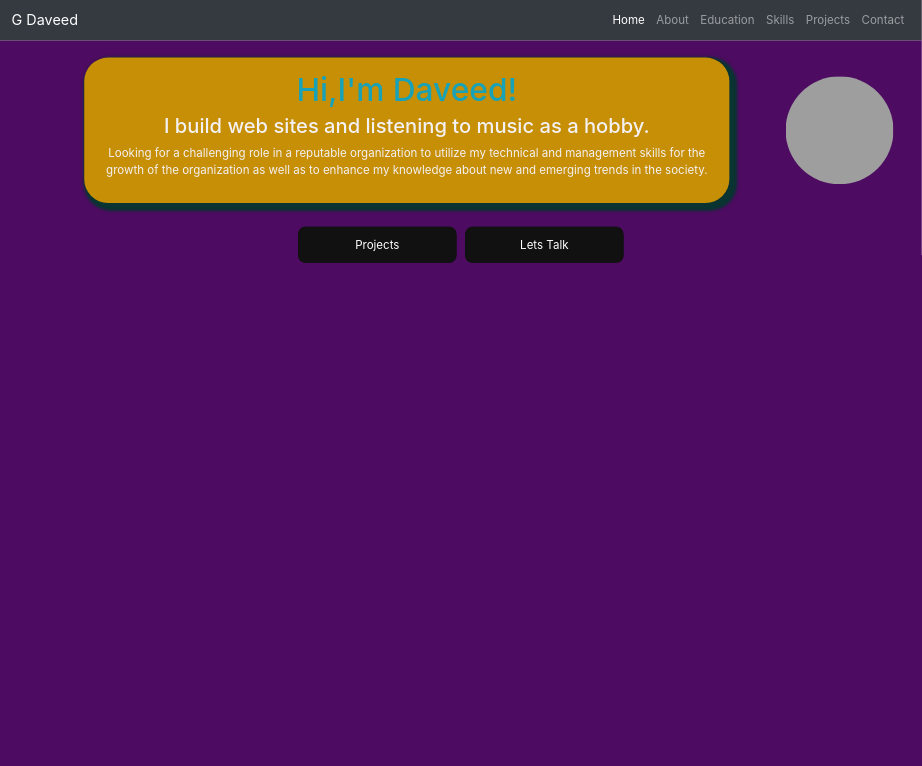
Repository: DaveedGangi/DaveedWebsite
Page: one.html
The author's editor kept a copy of each file at every save. The page is drawn from the files as they stood at one save, then again after the next save.
The browser window is 1280 px wide. The pictures show the whole page, at 72% of full size.
Pictures or frames that could not be fetched are drawn as grey boxes.

Above is the page before, as saved 2023-10-23 13:57:19.

### one.html
<html>
    <head>
    <link rel="stylesheet" href="two.css"></link>
    <link rel="stylesheet" href="https://cdn.jsdelivr.net/npm/bootstrap@4.5.3/dist/css/bootstrap.min.css" integrity="sha384-TX8t27EcRE3e/ihU7zmQxVncDAy5uIKz4rEkgIXeMed4M0jlfIDPvg6uqKI2xXr2" crossorigin="anonymous">
    <script src="https://code.jquery.com/jquery-3.5.1.slim.min.js" integrity="sha384-DfXdz2htPH0lsSSs5nCTpuj/zy4C+OGpamoFVy38MVBnE+IbbVYUew+OrCXaRkfj" crossorigin="anonymous"></script>
    <script src="https://cdn.jsdelivr.net/npm/bootstrap@4.5.3/dist/js/bootstrap.bundle.min.js" integrity="sha384-ho+j7jyWK8fNQe+A12Hb8AhRq26LrZ/JpcUGGOn+Y7RsweNrtN/tE3MoK7ZeZDyx" crossorigin="anonymous"></script>



</head>

<body>

    <nav class="navbar navbar-expand-lg navbar-dark bg-dark">
        <a class="navbar-brand" href="#">G Daveed</a>
        <button class="navbar-toggler" type="button" data-toggle="collapse" data-target="#navbarNavAltMarkup" aria-controls="navbarNavAltMarkup" aria-expanded="false" aria-label="Toggle navigation">
          <span class="navbar-toggler-icon"></span>
        </button>
        <div class="collapse navbar-collapse" id="navbarNavAltMarkup">
          <div class="navbar-nav ml-auto">
            <a class="nav-link active" href="#">Home <span class="sr-only">(current)</span></a>

            <a class="nav-link" href="#">About</a>
            <a class="nav-link" href="#">Education</a>
            <a class="nav-link" href="#">Skills</a>
            <a class="nav-link" href="#">Projects</a>
            <a class="nav-link" href="#">Contact</a>

          </div>
        </div>
      </nav>

   <div class="bgcontainer">
      <div class="mystory">
        <div>
          <img class="image1" src="https://i.ibb.co/T4YX7Jh/IMG-20221229-170952.jpg">
        </div>
        <div class="card1">
        <h1 class="hi text-info">Hi,I'm Daveed!</h1>
        <h3 class="paragraph">I build web sites and listening to music as a hobby.</h3>

        <p>Looking for a challenging role in a reputable organization to utilize my technical and management  skills for the growth of the organization as well as to enhance my knowledge about new and emerging trends in  the society. </p>

      </div>
      <div>
        <img class="image2" src="https://i.ibb.co/T4YX7Jh/IMG-20221229-170952.jpg">
      </div>

    </div>

    <div class="buttons">
    <button onclick="display('sectionProjects')"class="btn1 glow-on-hover">Projects</button>
    <button class="glow-on-hover">Lets Talk</button>
    </div>

  </div>




<div id="sectionProjects">
<div class="projects">

</div>
</div>




  <script type="text/javascript" src="https://d1tgh8fmlzexmh.cloudfront.net/ccbp-static-website/js/ccbp-ui-kit.js"></script>

</body>
</html>

### two.css
.bgcontainer {
    height:140vh;
    background-size:cover;
    background-color:rgb(77, 11, 97);

}
.mystory{
    color:rgb(244, 241, 245);
    display: flex;
    flex-direction:column;
    justify-content: center;
    padding-top:24px;
    justify-content:space-around;
    align-items: center;

}
.image1{
    height:150px;
    width:150px;
    border-radius:100px;
    margin:33px;
    border-color: #0a2608;
    box-shadow:2px 0px 5px 5px  #0c0c04;

}
.image2{
    height:150px;
    width:150px;
    border-radius:100px;
    display: none;

}
.card1{

    width:70vw;
    background-color:rgb(198, 143, 5);
    border-radius: 33px;
    display: flex;
    padding:18px;
    flex-direction: column;
    text-align: center;
    align-items:center;
    box-shadow:5px 5px 4px 6px rgb(9, 52, 49);
}
.buttons{
    display: flex;
    flex-direction: row;
    justify-content: center;
    margin-top:33px;

}
.btn1{
    margin-right:12px;

}
.glow-on-hover {
    width: 220px;
    height: 50px;
    border: none;
    outline: none;
    color: #fff;
    background: #111;
    cursor: pointer;
    position: relative;
    z-index: 0;
    border-radius: 10px;
}

.glow-on-hover:before {
    content: '';
    background: linear-gradient(45deg, #ff0000, #ff7300, #fffb00, #48ff00, #00ffd5, #002bff, #7a00ff, #ff00c8, #ff0000);
    position: absolute;
    top: -2px;
    left:-2px;
    background-size: 400%;
    z-index: -1;
    filter: blur(5px);
    width: calc(100% + 4px);
    height: calc(100% + 4px);
    animation: glowing 20s linear infinite;
    opacity: 0;
    transition: opacity .3s ease-in-out;
    border-radius: 10px;
}

.glow-on-hover:active {
    color: #000
}

.glow-on-hover:active:after {
    background: transparent;
}

.glow-on-hover:hover:before {
    opacity: 1;
}

.glow-on-hover:after {
    z-index: -1;
    content: '';
    position: absolute;
    width: 100%;
    height: 100%;
    background: #111;
    left: 0;
    top: 0;
    border-radius: 10px;
}

@keyframes glowing {
    0% { background-position: 0 0; }
    50% { background-position: 400% 0; }
    100% { background-position: 0 0; }
}


.projects{

}













.btn2{
    margin-left:12px;

}
.hi{
    font-size:44px;
}
@media (min-width: 768px){
    .mystory{
        display: flex;
        flex-direction: row;
    }
    .image1{
        display:none;
    }
    .image2{
        display: block;
    }

}

After the next save:
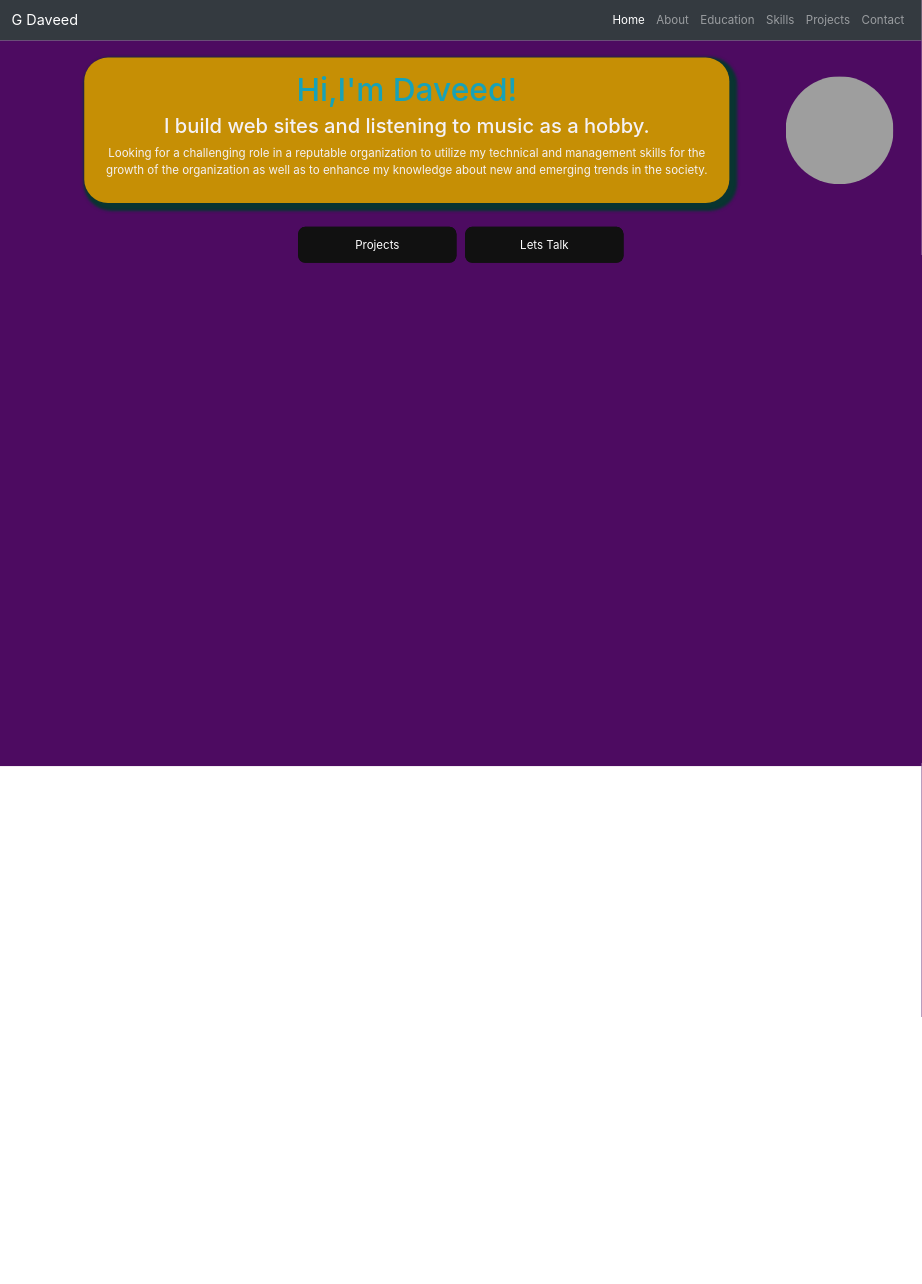
Saved 8 s later.
--- a/two.css
+++ b/two.css
@@ -115,7 +115,8 @@
 
 
 .projects{
-
+    height:100vh;
+    backgr
 }
 
 
